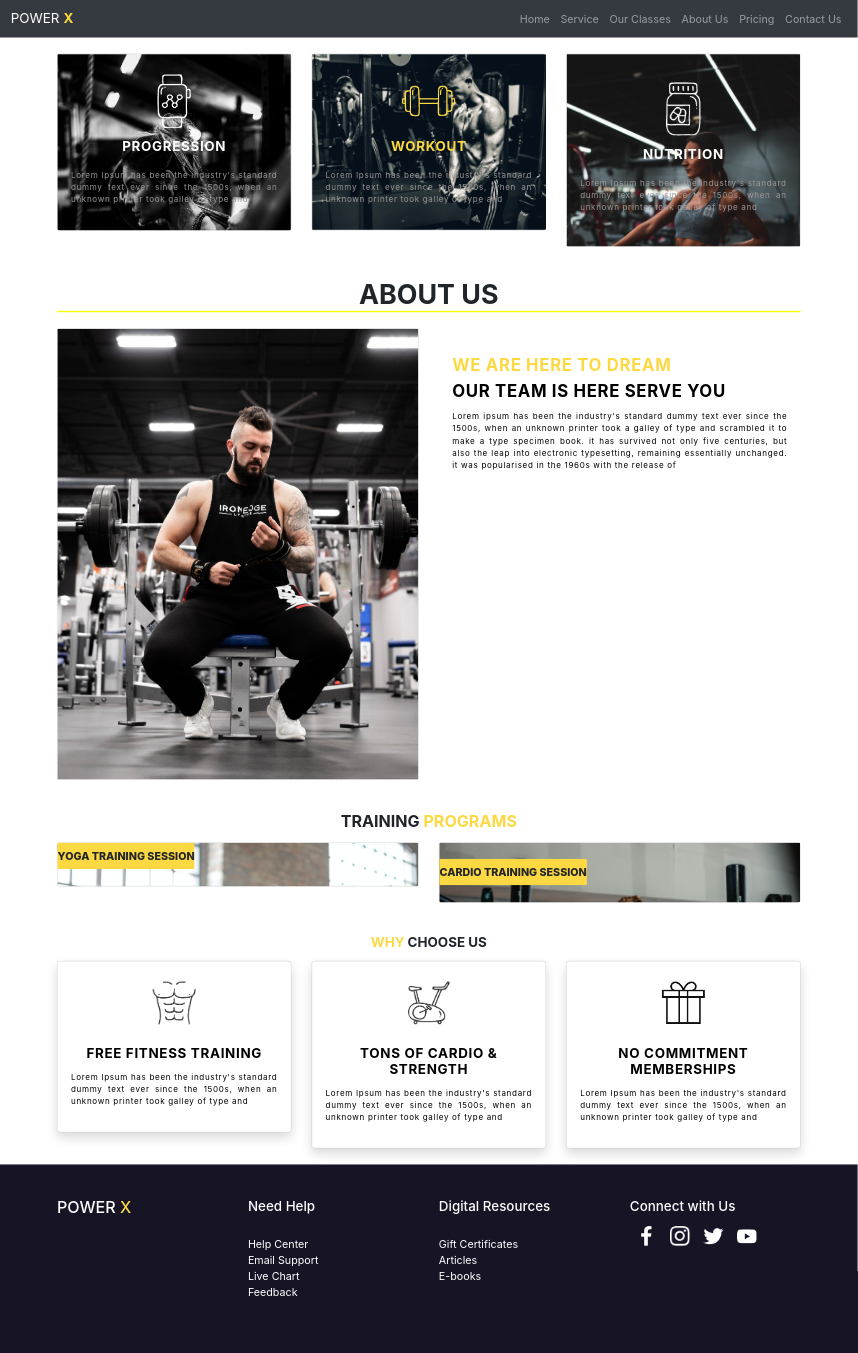
Repository: arif286/power-x-gym
Page: /
These files come from the project's save history. The page is drawn as it stood at one moment and after the next save; the edit follows.
The browser window is 1280 px wide. The pictures show the whole page, at 67% of full size.
The project was rebuilt for these pictures with package versions that can differ from the ones it lists, and the page was loaded fresh each time.

Above is the page before, as saved 2021-04-06 23:56:41.

### src/index.js
import React from 'react';
import ReactDOM from 'react-dom';
import App from './App';
import "./index.css";
import reportWebVitals from './reportWebVitals';
ReactDOM.render(
  <React.StrictMode>
    <App />
  </React.StrictMode>,
  document.getElementById('root')
);

// If you want to start measuring performance in your app, pass a function
// to log results (for example: reportWebVitals(console.log))
// or send to an analytics endpoint. Learn more: https://bit.ly/CRA-vitals
reportWebVitals();

### src/App.js
import "bootstrap/dist/css/bootstrap.min.css";
import React from 'react';
import { BrowserRouter as Router, Route, Switch } from "react-router-dom";
import Footer from "./components/Footer/Footer";
import Header from './components/Header/Header';
import Home from './components/Home/Home';
function App() {
  return (
    <div>
      <Router>
        <Header/>
        <Switch>
          <Route path='/home'>
            <Home/>
          </Route>
          <Route exact path='/'>
            <Home/>
          </Route>
        </Switch>
        <Footer/>
      </Router>
    </div>
  );
}

export default App;

### src/components/Footer/Footer.js
import React from "react";
import { Col, Container, Row } from "react-bootstrap";
import { NavLink } from "react-router-dom";
import Facebook from '../../power-x-gym/Image & Icon/bxl-facebook.png';
import Instagram from '../../power-x-gym/Image & Icon/bxl-instagram.png';
import Twitter from '../../power-x-gym/Image & Icon/bxl-twitter.png';
import YouTube from '../../power-x-gym/Image & Icon/bxl-youtube.png';
import './Footer.css';
const Footer = () => {
  return (
    <footer>
      <Container>
        <Row className="footer-title">
          <Col xs={12} sm={6} md={3}>
            <h4 style={{color:'white'}}>
              POWER <span style={{ color: "#fcd842" }}>X</span>
            </h4>
          </Col>
          <Col xs={12} sm={6} md={3}>
            <h5>Need Help</h5>
            <ul className="footer-link">
              <li>
                <NavLink className="company-list" to="/">
                  Help Center
                </NavLink>
              </li>
              <li>
                <NavLink className="company-list" to="/">
                  {" "}
                  Email Support
                </NavLink>
              </li>
              <li>
                <NavLink className="company-list" to="/">
                  Live Chart
                </NavLink>
              </li>
              <li>
                <NavLink className="company-list" to="/">
                  Feedback
                </NavLink>
              </li>
            </ul>
          </Col>
          <Col xs={12} sm={6} md={3}>
            <h5>Digital Resources</h5>
            <ul className="footer-link">
              <li>
                <NavLink className="company-list" to="/">
                  Gift Certificates
                </NavLink>
              </li>
              <li>
                <NavLink className="company-list" to="/">
                  Articles
                </NavLink>
              </li>
              <li>
                <NavLink className="company-list" to="/">
                  E-books
                </NavLink>
              </li>
            </ul>
          </Col>
          <Col xs={12} sm={6} md={3}>
            <h5>Connect with Us</h5>
            <div className="social-link">
              <p>
                <a href="/">
                  <img className="social-img" src={Facebook} alt="" />
                </a>
              </p>
              <p className="social-link">
                <a href="/">
                  <img className="social-img" src={Instagram} alt="" />
                </a>
              </p>
              <p>
                <a href="/">
                  <img className="social-img" src={Twitter} alt="" />
                </a>
              </p>
              <p>
                <a href="/">
                  <img className="social-img" src={YouTube} alt="" />
                </a>
              </p>
            </div>
          </Col>
        </Row>
      </Container>
    </footer>
  );
};

export default Footer;

### src/components/Header/Header.js
import React from "react";
import { Nav, Navbar } from "react-bootstrap";


const Header = () => {

  return (
    <div>
      <Navbar bg="dark" variant="dark">
        <Navbar.Brand href="#home">
          POWER
          <span style={{ color: "#FCD842",marginLeft:'6px', fontWeight:700 }}>X</span>
        </Navbar.Brand>
        <Nav className="ml-auto">
          <Nav.Link href="#home">Home</Nav.Link>
          <Nav.Link href="#features">Service</Nav.Link>
          <Nav.Link href="#features">Our Classes</Nav.Link>
          <Nav.Link href="#features">About Us</Nav.Link>
          <Nav.Link href="#features">Pricing</Nav.Link>
          <Nav.Link href="#pricing">Contact Us</Nav.Link>
        </Nav>
      </Navbar>
      <br />
    </div>
  );
};

export default Header;

### src/components/Home/Home.js
import React from "react";
import About from "../About/About";
import ChooseUs from "../ChooseUs/ChooseUs";
import Programs from "../Programs/Programs";
import WorkOut from "../WorkOut/WorkOut";

const Home = () => {
  return (
    <>
      <WorkOut />
      <About />
      <Programs />
      <ChooseUs />
    </>
  );
};

export default Home;

### src/components/Footer/Footer.css
footer {
  background-color: #171426;
  padding-top: 50px;
  padding-bottom: 80px;
}
.footer-link {
  list-style: none;
  display: inline;
}
.company-list {
  text-decoration: none;
  color: white;
}
.company-list:hover {
  color: hotpink;
}
.social-link {
  display: flex;
}

.social-img {
  width: 30px;
  height: 30px;
  object-fit: contain;
}

.social-link p {
  padding: 10px;
  display: inline;
}

.social-link p a img:hover {
  background-color: #257cc3;
}
.footer-title h5 {
  color: white;
}

### src/components/About/About.js
import React from "react";
import { Card, Col, Container, Row } from "react-bootstrap";
import aboutImg from "../../power-x-gym/Image & Icon/wells-chan-H-vAxuWxmi8-unsplash.jpg";

const About = () => {
  return (
    <>
      <Container className="mt-5">
        <h1 className="text-center mb-4 about-title">about us</h1>
        <Row className="row-cols-1 row-cols-md-2 g-4 ">
          <Col>
            <Card className="h-100">
              <img
                style={{
                  width: "100%",
                  height: "100%",
                  objectFit: "cover",
                }}
                src={aboutImg}
                alt=""
              />
            </Card>
          </Col>
          <Col>
            <Card style={{ border: "none" }} className="h-100 work-card ">
              <Card.Body>
                <h5
                  style={{
                    color: "#FCD842",
                    fontSize: "25px",
                    marginTop: "20px",
                  }}
                >
                  We are here to dream
                </h5>
                <h5 style={{ color: "black", fontSize: "25px" }}>
                  our team is here serve you
                </h5>
                <p style={{ color: "black" }}>
                  Lorem ipsum has been the industry's standard dummy text ever
                  since the 1500s, when an unknown printer took a galley of type
                  and scrambled it to make a type specimen book. it has survived
                  not only five centuries, but also the leap into electronic
                  typesetting, remaining essentially unchanged. it was
                  popularised in the 1960s with the release of
                </p>
              </Card.Body>
            </Card>
          </Col>
        </Row>
      </Container>
    </>
  );
};

export default About;

### src/components/ChooseUs/ChooseUs.js
import React from "react";
import { Card, Col, Container, Row } from "react-bootstrap";
import gift from "../../power-x-gym/Image & Icon/gift-2.png";
import body from "../../power-x-gym/Image & Icon/Group 87.png";
import cycle from "../../power-x-gym/Image & Icon/Group 88.png";

const ChooseUs = () => {
  return (
    <Container className="mt-5">
      <h5
        style={{
          textTransform: "uppercase",
          textAlign: "center",
          fontWeight: 700,
          marginBottom: "15px",
        }}
      >
        <span style={{ color: "#fcd842" }}>why</span> choose us
      </h5>
      <Row className="row-cols-1 row-cols-md-3 g-4">
        <Col className="pb-sm-4">
          <Card className="work-card text-center shadow">
            <Card.Body>
              <img className="work-img pb-3" src={body} alt="" />
              <h5 style={{ color: "black" }}>free fitness training</h5>
              <p style={{ color: "black" }}>
                Lorem Ipsum has been the industry's standard dummy text ever
                since the 1500s, when an unknown printer took galley of type and
              </p>
            </Card.Body>
          </Card>
        </Col>
        <Col className="pb-sm-4">
          <Card className="work-card text-center shadow">
            <Card.Body>
              <img className="work-img pb-3" src={cycle} alt="" />
              <h5 style={{ color: "black" }}>tons of cardio & strength</h5>
              <p style={{ color: "black" }}>
                Lorem Ipsum has been the industry's standard dummy text ever
                since the 1500s, when an unknown printer took galley of type and
              </p>
            </Card.Body>
          </Card>
        </Col>
        <Col className="pb-sm-4">
          <Card className="work-card text-center shadow">
            <Card.Body>
              <img className="work-img pb-3" src={gift} alt="" />
              <h5 style={{ color: "black" }}>no commitment memberships</h5>
              <p style={{ color: "black" }}>
                Lorem Ipsum has been the industry's standard dummy text ever
                since the 1500s, when an unknown printer took galley of type and
              </p>
            </Card.Body>
          </Card>
        </Col>
      </Row>
    </Container>
  );
};

export default ChooseUs;

### src/components/Programs/Programs.js
import React from "react";
import { Card, Col, Container, Row } from "react-bootstrap";
import "./Programs.css";
const Programs = () => {
  return (
    <>
      <Container className="mt-5">
        <h4
          style={{
            textTransform: "uppercase",
            fontWeight: 700,
          }}
          className="text-center mb-3"
        >
          training <span style={{ color: "#fcd842" }}>Programs</span>
        </h4>
        <Row className="row-cols-1 row-cols-md-2 g-4">
          <Col className='pb-sm-4'>
            <Card className="yoga programs-img h-100">
              <h6> Yoga training session</h6>
            </Card>
          </Col>
          <Col>
            <Card className="cardio programs-img h-100">
              <h6>cardio training session</h6>
            </Card>
          </Col>
        </Row>
      </Container>
    </>
  );
};

export default Programs;

### src/components/WorkOut/WorkOut.js
import React from "react";
import { Card, Col, Container, Row } from "react-bootstrap";
import watch from "../../power-x-gym/Image & Icon/Group 80.png";
import dumble from "../../power-x-gym/Image & Icon/Group 81.png";
import box from "../../power-x-gym/Image & Icon/Group 82.png";
import "./WorkOut.css";

const WorkOut = () => {
  return (
    <>
      <Container>
        <Row className="row-cols-1 row-cols-md-3 g-4">
          <Col className=" pb-4">
            <Card className="hard-work work-card h-100">
              <Card.Body className="work-body">
                <img src={watch} className="work-img" alt="" />
                <h5>Progression</h5>
                <p>
                  Lorem Ipsum has been the industry's standard dummy text ever
                  since the 1500s, when an unknown printer took galley of type
                  and
                </p>
              </Card.Body>
            </Card>
          </Col>
          <Col className="pb-4">
            <Card className="work-out work-card h-100">
              <Card.Body className="work-body">
                <img className="work-img" src={dumble} alt="" />
                <h5 style={{ color: "#FCD842" }}>WorkOut</h5>
                <p>
                  Lorem Ipsum has been the industry's standard dummy text ever
                  since the 1500s, when an unknown printer took galley of type
                  and
                </p>
              </Card.Body>
            </Card>
          </Col>
          <Col>
            <Card className="nutrition work-card h-100">
              <Card.Body className="work-body">
                <img className="work-img" src={box} alt="" />
                <h5>nutrition</h5>
                <p>
                  Lorem Ipsum has been the industry's standard dummy text ever
                  since the 1500s, when an unknown printer took galley of type
                  and
                </p>
              </Card.Body>
            </Card>
          </Col>
        </Row>
      </Container>
    </>
  );
};

export default WorkOut;

### src/components/Programs/Programs.css
.yoga {
  background-image: url("../../power-x-gym/Image & Icon/bruce-mars-gJtDg6WfMlQ-unsplash.png");
}
.cardio {
  background-image: url("../../power-x-gym/Image & Icon/arthur-edelman-qfjuh4OLdxw-unsplash.jpg");
}
.programs-img {
  background-repeat: no-repeat;
  background-size: cover;
}
.programs-img h6 {
  text-transform: uppercase;
  margin-top: auto;
  margin-bottom: 25px;
  font-weight: 800;
  background-color: #fcd842;
  padding: 10px 0px;
  display: inline-block !important;
  place-self: flex-start;
}

### src/components/WorkOut/WorkOut.css
.hard-work {
  background-image: url("../../power-x-gym/Image & Icon/hipcravo-5UbIqV58CW8-unsplash.jpg");
}
.work-out {
  background-image: url("../../power-x-gym/Image & Icon/daniel-apodaca-WdoQio6HPVA-unsplash.jpg");
}
.nutrition {
  background-image: url("../../power-x-gym/Image & Icon/penguinuhh-8VI6WwEEEHw-unsplash.jpg");
}
.work-card {
  background-repeat: no-repeat;
  background-size: cover;
}
.work-img {
  width: 80px;
  height: 80px;
  object-fit: contain;
  margin-bottom: 15px;
  margin-top: 10px;
}
.work-card h5 {
  color: white;
  text-transform: uppercase;
  font-weight: 700;
  letter-spacing: 1px;
}
.work-card p {
  color: #9b9999;
  font-size: 12px;
  letter-spacing: 1px;
  text-align: justify;
  margin-top: 15px;
}

.about-title {
  text-transform: uppercase;
  font-weight: 700;
  border-bottom: 2px solid yellow;
}
.work-body {
  display: flex;
  flex-direction: column;
  align-items: center;
  justify-content: center;
}

Loaded but not shown: public/index.html (common file); src/index.css (common file); src/reportWebVitals.js (common file)

After the next save:
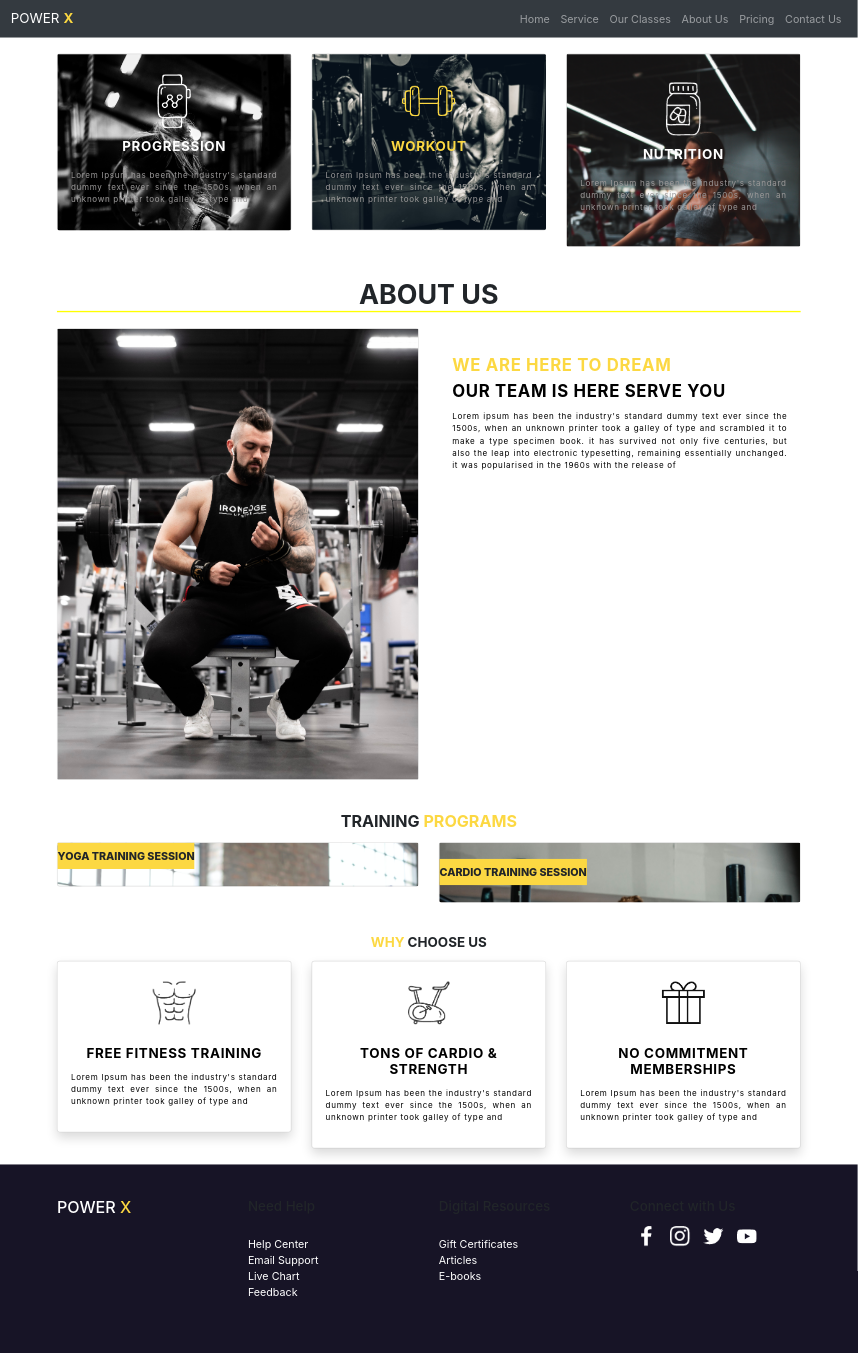
Saved 27 s later.
--- a/src/components/Footer/Footer.css
+++ b/src/components/Footer/Footer.css
@@ -32,6 +32,6 @@ footer {
 .social-link p a img:hover {
   background-color: #257cc3;
 }
-.footer-title h5 {
+.footer-title h6 {
   color: white;
 }
